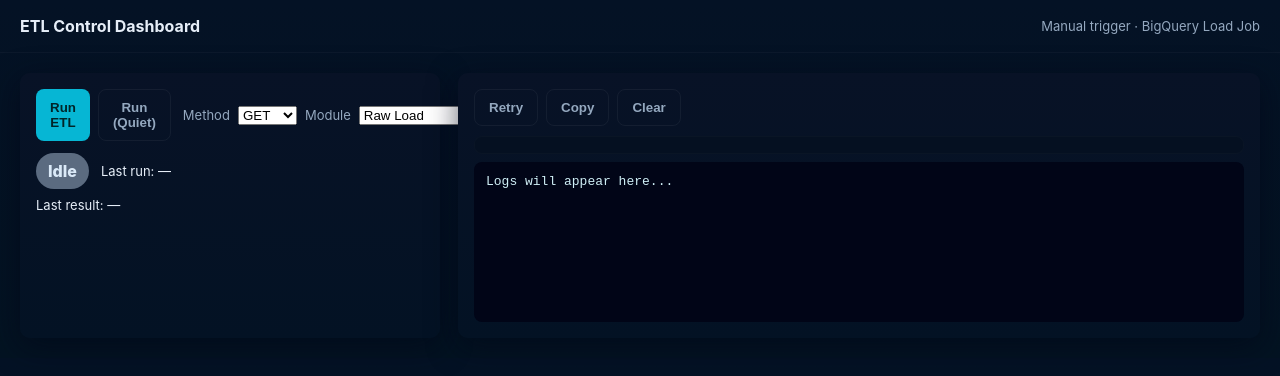
Repository: kbruhadesh/etl_files
Page: public/index.html
These files come from the project's save history. The page is drawn as it stood at one moment and after the next save; the edit follows.
The browser window is 1280 px wide. The pictures show the whole page.

Above is the page before, as saved 2025-11-27 01:26:54.
Console error: TypeError: Cannot set properties of null (setting 'textContent')

### public/index.html
<!DOCTYPE html>
<html lang="en">
<head>
  <meta charset="UTF-8" />
  <meta name="viewport" content="width=device-width, initial-scale=1.0" />
  <title>ETL Dashboard</title>
  <link rel="stylesheet" href="style.css" />
</head>

<body>

  <div class="topbar">
    <div class="title">ETL Control Dashboard</div>
    <div class="meta">Manual trigger · BigQuery Load Job</div>
  </div>

  <div class="container">

    <div class="panel">
      <div class="controls">
        <div class="left">
          <button class="btn primary" id="runBtn">Run ETL</button>
          <button class="btn ghost" id="runQuietBtn">Run (Quiet)</button>
        </div>

        <div class="right">
          <label class="small">Method</label>
          <select id="method">
            <option value="GET">GET</option>
            <option value="POST">POST</option>
          </select>

          <!-- ▼ INSERTED MODULE DROPDOWN -->
          <label class="small">Module</label>
          <select id="module">
            <option value="RAW_LOAD">Raw Load</option>
            <option value="TRANSFORM">Transform</option>
            <option value="CLEANING">Cleaning</option>
            <option value="BQ_LOAD">BigQuery Load</option>
            <option value="SUMMARY_REFRESH">Summary Refresh</option>
          </select>
          <!-- ▲ END INSERT -->

          <label class="small">Timeout (sec)</label>
          <input id="timeout" type="number" value="30" />

          <span id="serviceUrlShort"></span>
        </div>
      </div>

      <div class="status-row">
        <span id="statusPill" class="status status-wait">Idle</span>
        <span id="lastRun" class="status-info">Last run: —</span>
      </div>

      <div class="status-info" id="lastResult">Last result: —</div>
    </div>

    <div class="panel">
      <div class="log-actions">
        <button class="btn ghost" id="retryBtn">Retry</button>
        <button class="btn ghost" id="copyLogs">Copy</button>
        <button class="btn ghost" id="clearHistory">Clear</button>
      </div>

      <div class="history" id="historyList"></div>

      <div class="logbox" id="logBox">Logs will appear here...</div>
    </div>

  </div>

  <script src="script.js"></script>

</body>
</html>

### public/style.css
:root{
  --bg:#071022; --card:#081226; --muted:#94a8bf; --accent:#06b6d4;
  --ok:#0c934f; --fail:#aa2230; --wait:#5b6b80;
  font-family: Inter, system-ui, -apple-system, "Segoe UI", Roboto, Arial;
}
*{box-sizing:border-box}
body{margin:0;background:linear-gradient(180deg,#041225 0,#031322 100%);color:#e6eef8}
.topbar{padding:16px 20px;border-bottom:1px solid rgba(255,255,255,0.03);display:flex;justify-content:space-between;align-items:center}
.title{font-weight:700}
.meta{font-size:13px;color:var(--muted)}
.container{display:grid;grid-template-columns:420px 1fr;gap:18px;padding:20px}
.panel{background:linear-gradient(180deg,var(--card),#031224);border-radius:10px;padding:16px;box-shadow:0 8px 30px rgba(2,6,23,0.6)}
.controls{display:flex;justify-content:space-between;align-items:center;gap:12px;margin-bottom:12px}
.btn{padding:10px 14px;border-radius:8px;border:0;cursor:pointer;font-weight:700}
.btn.primary{background:var(--accent);color:#012529}
.btn.ghost{background:transparent;border:1px solid rgba(255,255,255,0.05);color:var(--muted)}
.left{display:flex;gap:8px}
.right{display:flex;gap:8px;align-items:center}
.small{font-size:13px;color:var(--muted)}
.status-row{display:flex;align-items:center;gap:12px;margin:8px 0}
.status{padding:8px 12px;border-radius:999px;font-weight:800}
.status-wait{background:var(--wait);color:#dbeaf8}
.status-ok{background:var(--ok);color:#e7fbef}
.status-fail{background:var(--fail);color:#ffdce0}
.status-info{font-size:13px}
.log-actions{display:flex;gap:8px;margin-bottom:10px}
.history{max-height:240px;overflow:auto;border-radius:8px;background:#051021;padding:8px;border:1px solid rgba(255,255,255,0.02);font-family:monospace;margin-bottom:8px}
.history .item{padding:8px;border-bottom:1px solid rgba(255,255,255,0.02);display:flex;justify-content:space-between;gap:8px;align-items:center}
.logbox{background:#010517;padding:12px;border-radius:8px;min-height:160px;overflow:auto;color:#cfeff6;font-family:monospace;font-size:13px}
.footer{padding:12px 20px;color:var(--muted);font-size:13px}
.muted{color:var(--muted);font-size:13px}

### public/script.js
// ===== CONFIG =====
const CLOUD_RUN_URL = "https://etl-transform-service-564878881238.asia-south1.run.app/";
// ==================

// Get UI elements
const runBtn = document.getElementById("runBtn");
const runQuietBtn = document.getElementById("runQuietBtn");
const retryBtn = document.getElementById("retryBtn");
const statusPill = document.getElementById("statusPill");
const lastRunEl = document.getElementById("lastRun");
const lastResult = document.getElementById("lastResult");
const logBox = document.getElementById("logBox");
const historyList = document.getElementById("historyList");
const copyLogsBtn = document.getElementById("copyLogs");
const clearHistoryBtn = document.getElementById("clearHistory");
const methodEl = document.getElementById("method");

// These two DO NOT exist in your HTML — so we skip them
const timeoutEl = { value: 30 };
const serviceUrlShort = null;


serviceUrlShort.textContent = CLOUD_RUN_URL.replace(/^https?:\/\//, "").replace(/\/$/, "");

// Utility
function setStatus(text, cls="status-wait"){ statusPill.textContent = text; statusPill.className = "status " + cls; }
function ts(){ return new Date().toLocaleString(); }

function appendLog(msg){
  logBox.textContent = `[${ts()}] ${msg}\n\n` + logBox.textContent;
}

// History in localStorage
const HISTORY_KEY = "etl_dashboard_history";
function loadHistory(){ return JSON.parse(localStorage.getItem(HISTORY_KEY) || "[]"); }
function saveHistory(h){ localStorage.setItem(HISTORY_KEY, JSON.stringify(h)); }
function addHistory(entry){
  const h = loadHistory();
  h.unshift(entry);
  if(h.length>50) h.pop();
  saveHistory(h);
  renderHistory();
}

function renderHistory(){
  const h = loadHistory();
  historyList.innerHTML = "";
  if(h.length===0){ historyList.innerHTML = `<div class="muted">No runs yet.</div>`; return; }
  h.forEach((it, i) => {
    const div = document.createElement("div");
    div.className = "item";
    div.innerHTML = `<div>
        <div style="font-weight:700">${it.status} · ${it.ts}</div>
        <div class="small">${it.method} · ${it.duration_ms}ms · HTTP ${it.http_status||"-"}</div>
      </div>
      <div>
        <button data-i="${i}" class="btn ghost small view">View</button>
      </div>`;
    historyList.appendChild(div);
  });
  // attach listeners
  [...historyList.querySelectorAll("button.view")].forEach(b=>{
    b.addEventListener("click", (e)=>{
      const idx = Number(e.currentTarget.dataset.i);
      const h = loadHistory()[idx];
      logBox.textContent = `=== Run ${idx} — ${h.ts} ===\nStatus: ${h.status}\nHTTP: ${h.http_status}\nMethod: ${h.method}\nDuration: ${h.duration_ms} ms\n\nResponse:\n${h.body}\n\n` + logBox.textContent;
      lastRunEl.textContent = "Last run: " + h.ts;
      lastResult.textContent = `Last: ${h.status} · HTTP ${h.http_status||"-"}`;
    });
  });
}

// Main trigger
let lastRequest = null;
async function triggerETL({quiet=false, method="GET"}={}){
  try{
    setStatus("Running...", "status-wait");
    appendLog("Triggering ETL...");
    const t = Number(timeoutEl.value || 30) * 1000;
    const controller = new AbortController();
    const id = setTimeout(()=>controller.abort(), t);
    const start = performance.now();

    let res;
    if(method === "GET"){
      res = await fetch(CLOUD_RUN_URL, {method:"GET", signal: controller.signal});
    } else {
      res = await fetch(CLOUD_RUN_URL, {
        method:"POST",
        headers: {"Content-Type":"application/json"},
        body: JSON.stringify({trigger:"manual", ts: Date.now()}),
        signal: controller.signal
      });
    }
    clearTimeout(id);
    const duration = Math.round(performance.now() - start);
    const text = await res.text().catch(()=>"[non-text-response]");

    const entry = {
      ts: ts(),
      status: res.ok ? "SUCCESS" : "FAILED",
      http_status: res.status,
      method,
      duration_ms: duration,
      body: text
    };
    lastRequest = {method};
    addHistory(entry);

    lastRunEl.textContent = "Last run: " + entry.ts;
    lastResult.textContent = entry.status + " · HTTP " + entry.http_status;

    if(res.ok){
      setStatus("Success", "status-ok");
      appendLog("SUCCESS: HTTP " + res.status + " — " + (text||"(empty)"));
    } else {
      setStatus("Error", "status-fail");
      appendLog("ERROR: HTTP " + res.status + " — " + (text||"(empty)"));
    }
    if(!quiet){
      logBox.textContent = `=== HTTP ${res.status} ===\n${text}\n\n` + logBox.textContent;
    }
  } catch (err){
    setStatus("Failed", "status-fail");
    appendLog("EXCEPTION: " + (err.message||String(err)));
    addHistory({ts:ts(), status:"EXCEPTION", method, duration_ms:0, http_status:null, body:err.message||String(err)});
  }
}

// UI wiring
runBtn.addEventListener("click", ()=> triggerETL({quiet:false, method: methodEl.value}));
runQuietBtn.addEventListener("click", ()=> triggerETL({quiet:true, method: methodEl.value}));
retryBtn.addEventListener("click", ()=> {
  if(lastRequest) triggerETL({quiet:false, method: lastRequest.method});
  else appendLog("No last request to retry.");
});
copyLogsBtn.addEventListener("click", async ()=>{
  try{
    await navigator.clipboard.writeText(logBox.textContent);
    appendLog("Logs copied to clipboard.");
  }catch(e){ appendLog("Copy failed: " + (e.message||e)); }
});
clearHistoryBtn.addEventListener("click", ()=> {
  localStorage.removeItem(HISTORY_KEY);
  renderHistory();
  appendLog("History cleared.");
});

// initial
renderHistory();
setStatus("Idle", "status-wait");
serviceUrlShort && (serviceUrlShort.textContent = CLOUD_RUN_URL.replace(/^https?:\/\//, "").replace(/\/$/, ""));

After the next save:
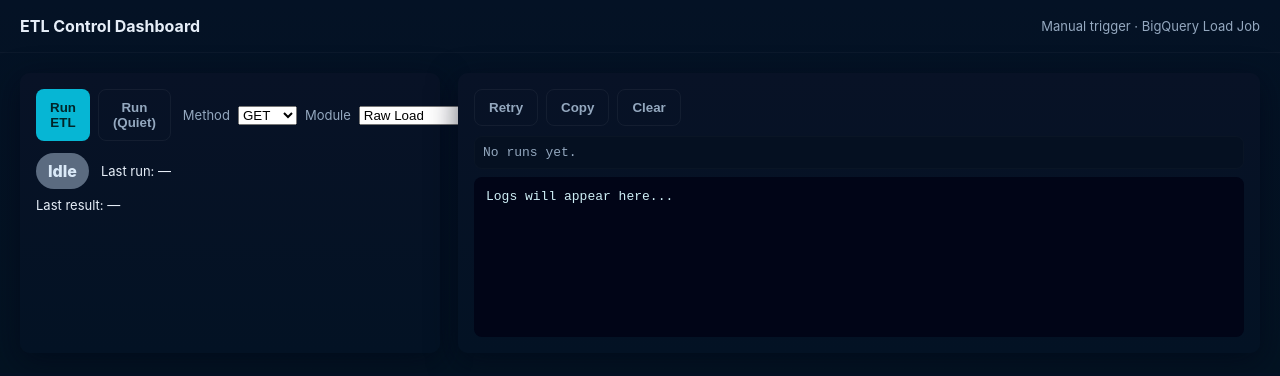
The error is gone.
Saved 115 s later.
--- a/public/script.js
+++ b/public/script.js
@@ -19,8 +19,7 @@ const methodEl = document.getElementById("method");
 const timeoutEl = { value: 30 };
 const serviceUrlShort = null;
 
-
-serviceUrlShort.textContent = CLOUD_RUN_URL.replace(/^https?:\/\//, "").replace(/\/$/, "");
+serviceUrlShort && (serviceUrlShort.textContent = CLOUD_RUN_URL.replace(/^https?:\/\//, "").replace(/\/$/, ""));
 
 // Utility
 function setStatus(text, cls="status-wait"){ statusPill.textContent = text; statusPill.className = "status " + cls; }
@@ -85,13 +84,20 @@ async function triggerETL({quiet=false, method="GET"}={}){
     if(method === "GET"){
       res = await fetch(CLOUD_RUN_URL, {method:"GET", signal: controller.signal});
     } else {
+      // ---------- UPDATED POST BODY ----------
       res = await fetch(CLOUD_RUN_URL, {
         method:"POST",
         headers: {"Content-Type":"application/json"},
-        body: JSON.stringify({trigger:"manual", ts: Date.now()}),
+        body: JSON.stringify({
+          trigger: "manual",
+          module: document.getElementById("module").value,
+          ts: Date.now()
+        }),
         signal: controller.signal
       });
+      // ---------------------------------------
     }
+
     clearTimeout(id);
     const duration = Math.round(performance.now() - start);
     const text = await res.text().catch(()=>"[non-text-response]");
